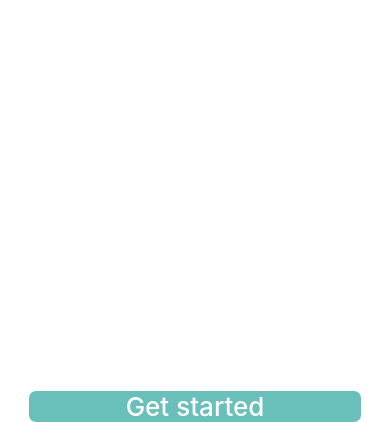
Repository: pheonixlegend/keleya
Screen: /Sign Up
The author's editor kept a copy of each file at every save. The screen is drawn from the files as they stood at one save, then again after the next save.
The pictures show rows 422 to 875 of an output 844 px tall.
The app was drawn by React Native's web renderer in a window 390 px wide. The project was rebuilt for these pictures with package versions that can differ from the ones it lists, and the page was loaded fresh each time.

Above is the screen before, as saved 2021-10-01 02:05:34.

### App.tsx
import { StatusBar } from 'expo-status-bar';
import React from 'react';
import { StyleSheet, Text, View } from 'react-native';
import Home from './screens/Home';
import { NavigationContainer } from '@react-navigation/native';
import AppStack from './routes/AppStack';

export default function App() {
  return (
    <NavigationContainer>
      <AppStack />
    </NavigationContainer>
  );
}

const styles = StyleSheet.create({
  container: {
    flex: 1,
    backgroundColor: '#fff',
    alignItems: 'center',
    justifyContent: 'center',
  },
});

### routes/AppStack.tsx
import { createStackNavigator } from '@react-navigation/stack';
import { Image } from 'react-native';
import Home from '../screens/Home';
import ImageHeader from '../components/ImageHeader';
import SignUp from '../screens/SignUp';
import React from 'react';
import { Entypo } from '@expo/vector-icons';

const Stack = createStackNavigator();
    const appStack = () => {
        return (
            <Stack.Navigator
                screenOptions={{
                headerShown: false,
                headerTransparent: true,
                headerStyle: {
                  },
                  headerBackTitleStyle: {
                      opacity: 0,
                  },
                  headerTintColor: 'transparent'
                }}
            >
                <Stack.Screen name="Home" component={Home} />
                <Stack.Screen
                    name="Sign Up"
                    component={SignUp}
                    options={{
                        headerShown: true,
                        headerBackImage: ()=>(<Entypo name='arrow-left' size={22}
                        color="#4a4a4a" style={{ paddingLeft: '20%', marginTop: '-10%' }} />)
                    }}
                />
            </Stack.Navigator>
        )
    }
export default appStack

### screens/Home.tsx
import { StatusBar } from 'expo-status-bar';
import React from 'react';
import { StyleSheet, Text, View, Button, Image, SafeAreaView, ImageBackground, TouchableOpacity } from 'react-native';
import { Global } from '../styles/Global'

const Home = ({navigation}: {navigation: any}) => {
  const pressHandler = () => {
    navigation.push("Sign Up")
  }

  return (
    <ImageBackground source={require('../assets/images/first-intro-image.png')} style={styles.backgroundImage} >

    <SafeAreaView style={Global.container}>
      <StatusBar backgroundColor={'transparent'} translucent/>

      <View style={styles.imageContainer}>
        <Image source={require('../assets/images/keleya-logo.png')} style={styles.image} resizeMode="contain" />
      </View>

      <View style={styles.centeredView}>
        <Text style={styles.subText}>For a fit and relaxed pregnancy</Text>
      </View>

      <View style={styles.buttonContainer}>
      <TouchableOpacity style={styles.customBtnBGBottom} onPress={pressHandler}>
        <Text style={styles.customBtnTextBottom}>Get started</Text>
      </TouchableOpacity>


      <TouchableOpacity style={styles.customBtnBGBottom2} onPress={pressHandler}>
        <Text style={styles.customBtnTextBottom2}>Or login</Text>
      </TouchableOpacity>
      </View>
    </SafeAreaView>

    </ImageBackground>
  )
}

const styles = StyleSheet.create({
  imageContainer: {
    justifyContent: 'center',
    alignItems: 'center',
    height: '20%'
  },

  backgroundImage: {
    flex: 1,
    width: undefined,
    height: undefined,
    resizeMode: 'cover'
  },

  centeredView: {
    justifyContent: 'center',
    alignItems: 'center'
  },

  image: {
    width: '23%',
    height: '100%'
  },

  subText: {
    textAlign: 'center',
    fontSize: 24,
    fontWeight: "500",
    marginTop: '-3%',
    width: '53%',
    color: "#4a4a4a"
  },

  buttonContainer: {
    flex: 1,
    alignItems: 'center',
    height: '12.4%',
  },

  customBtnBGBottom: {
    backgroundColor: "#69c0ba",
    borderRadius: 7,
    width: '85%',
    height: '6.2%',
    position: 'absolute',
    bottom: 0,
    marginBottom: '23%',
    justifyContent: 'center',
    alignItems: 'center',
  },

  customBtnBGBottom2: {
    backgroundColor: "transparent",
    borderRadius: 7,
    width: '85%',
    position: 'absolute',
    bottom: 0,
    marginBottom: '10%',
    justifyContent: 'center',
    alignItems: 'center',
  },

  customBtnTextBottom: {
    fontSize: 26,
    fontWeight: "500",
    color: "#fff",
    textAlign: "center"
  },

  customBtnTextBottom2: {
    fontSize: 21,
    fontWeight: "600",
    color: "#4a4a4a",
    textAlign: "center"
  }

});

export default Home

### screens/SignUp.tsx
import { StatusBar } from 'expo-status-bar';
import React from 'react';
import { StyleSheet, Text, View, Button, Image, SafeAreaView, ImageBackground, TouchableOpacity } from 'react-native';
import { Global } from '../styles/Global';
import ImageHeader from '../components/ImageHeader';

const SignUp = ({navigation}: {navigation: any}) => {
  const pressHandler = () => {
    navigation.push("Home")
  }

 return (
    <SafeAreaView style={Global.container}>
      <StatusBar backgroundColor={'transparent'} translucent/>
      <ImageHeader/>
      <View style={styles.centeredView}>
        <Text style={styles.subText}>Add your details below to set up an account</Text>

      </View>
      <View style={styles.buttonContainer}>
          <TouchableOpacity style={styles.customBtnBGBottom} onPress={pressHandler}>
            <Text style={styles.customBtnTextBottom}>Get started</Text>
          </TouchableOpacity>
      </View>


    </SafeAreaView>
  )
}

const styles = StyleSheet.create({

  centeredView: {
    flex: 2,
    justifyContent: 'flex-start',
    alignItems: 'center',
    backgroundColor: 'white',
    marginTop: '80%',
    paddingLeft: '10%',
    paddingRight: '10%'
  },

  subText: {
    textAlign: 'center',
    fontSize: 25,
    width: '90%',
    fontWeight: "300",
    color: "#4a4a4a"
  },

  buttonContainer: {
    position: 'relative',
    alignItems: 'center',
    backgroundColor: 'white',
    width: '100%',
    bottom: 0
  },

  customBtnBGBottom: {
    backgroundColor: "#69c0ba",
    borderRadius: 7,
    width: '85%',
    position: 'absolute',
    justifyContent: 'center',
    alignItems: 'center',
    bottom: 0
  },

  customBtnTextBottom: {
    fontSize: 26,
    fontWeight: "500",
    color: "#fff",
    textAlign: "center"
  }

});

export default SignUp

### styles/Global.tsx
import { StyleSheet } from 'react-native';

export const Global = StyleSheet.create({
    container: {
        flex: 1,
        height: '100%',
        backgroundColor: 'transparent',
    }
})

### components/ImageHeader.tsx
import * as React from 'react';
import { Text, View, StyleSheet, Image, ImageBackground } from 'react-native';
import { Entypo } from '@expo/vector-icons';

export default function ImageHeader() {
  return (
      <Image source={require('../assets/images/authentication-background-image.jpg')} style={styles.image} resizeMode="cover">

    </Image>
  );
}

const styles = StyleSheet.create({
  image: {
    flex: 1,
    position: 'absolute',
    width: '100%',
    height: '50%'
  }
});

After the next save:
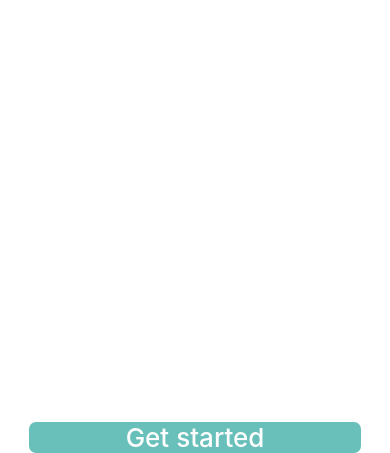
Saved 21 s later.
--- a/screens/SignUp.tsx
+++ b/screens/SignUp.tsx
@@ -63,7 +63,6 @@
     position: 'absolute',
     justifyContent: 'center',
     alignItems: 'center',
-    bottom: 0
   },
 
   customBtnTextBottom: {

After the save that followed:
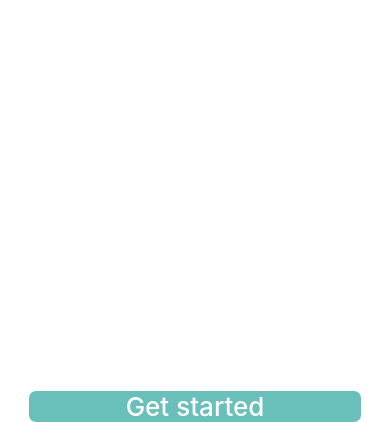
Saved 27 s later.
--- a/screens/SignUp.tsx
+++ b/screens/SignUp.tsx
@@ -60,8 +60,7 @@
     backgroundColor: "#69c0ba",
     borderRadius: 7,
     width: '85%',
-    position: 'absolute',
-    justifyContent: 'center',
+
     alignItems: 'center',
   },
 
